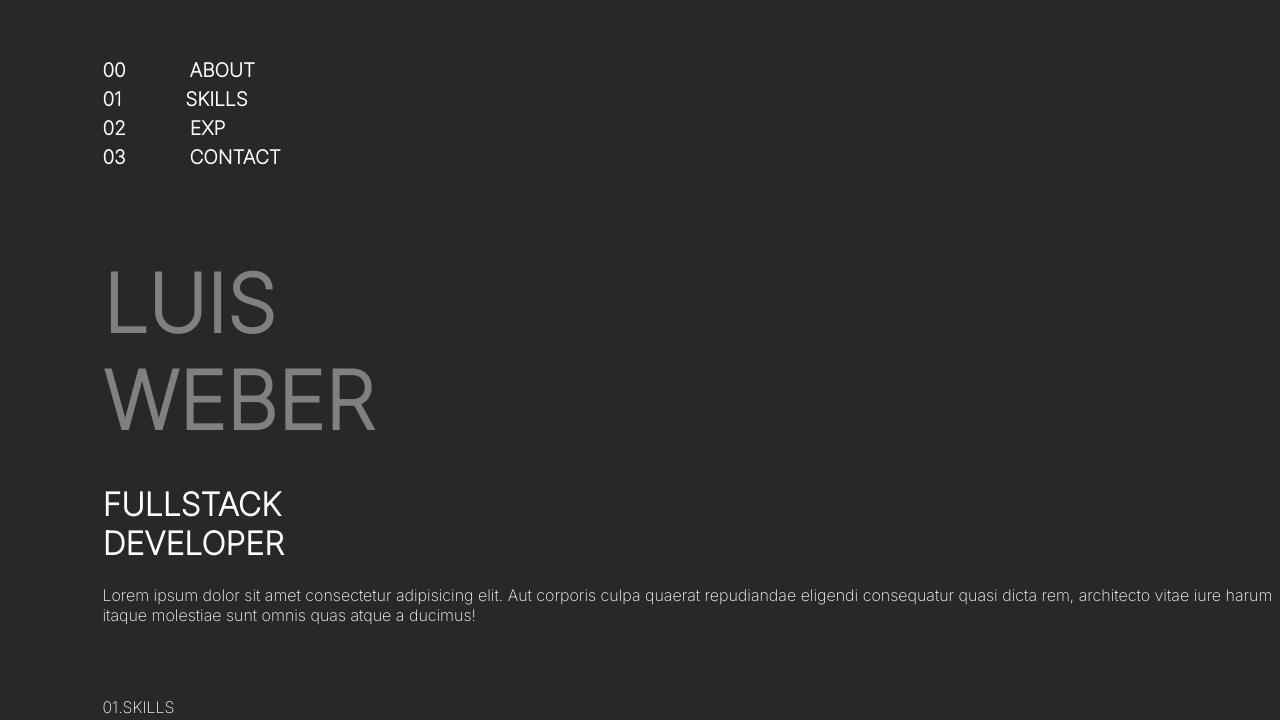
Repository: luiswh1/Portfolio
Page: /
These files come from the project's save history. The page is drawn as it stood at one moment and after the next save; the edit follows.
The browser window is 1280 px wide. The pictures show the whole page.
The project was rebuilt for these pictures with package versions that can differ from the ones it lists, and the page was loaded fresh each time.

Above is the page before, as saved 2023-05-28 15:01:57.

### public/index.html
<!DOCTYPE html>
<html lang="en">
  <head>
    <meta charset="utf-8" />
    <link rel="icon" href="%PUBLIC_URL%/favicon.ico" />
    <meta name="viewport" content="width=device-width, initial-scale=1" />
    <meta name="theme-color" content="#000000" />
    <meta
      name="description"
      content="Web site created using create-react-app"
    />
    <link rel="apple-touch-icon" href="%PUBLIC_URL%/logo192.png" />
    <!--
      manifest.json provides metadata used when your web app is installed on a
      user's mobile device or desktop. See https://developers.google.com/web/fundamentals/web-app-manifest/
    -->
    <link rel="manifest" href="%PUBLIC_URL%/manifest.json" />
    <!--
      Notice the use of %PUBLIC_URL% in the tags above.
      It will be replaced with the URL of the `public` folder during the build.
      Only files inside the `public` folder can be referenced from the HTML.

      Unlike "/favicon.ico" or "favicon.ico", "%PUBLIC_URL%/favicon.ico" will
      work correctly both with client-side routing and a non-root public URL.
      Learn how to configure a non-root public URL by running `npm run build`.
    -->

    <link rel="preconnect" href="https://fonts.googleapis.com">
    <link rel="preconnect" href="https://fonts.gstatic.com" crossorigin>
    <link href="https://fonts.googleapis.com/css2?family=Inter:wght@200&family=Poppins:wght@200;300&display=swap" rel="stylesheet">
    <title>React App</title>
  </head>
  <body>
    <noscript>You need to enable JavaScript to run this app.</noscript>
    <div id="root"></div>
    <!--
      This HTML file is a template.
      If you open it directly in the browser, you will see an empty page.

      You can add webfonts, meta tags, or analytics to this file.
      The build step will place the bundled scripts into the <body> tag.

      To begin the development, run `npm start` or `yarn start`.
      To create a production bundle, use `npm run build` or `yarn build`.
    -->
  </body>
</html>

### src/index.tsx
import React from 'react';
import ReactDOM from 'react-dom/client';
import App from './App';
import GlobalStyle from './styles/globalStyles';

const root = ReactDOM.createRoot(
  document.getElementById('root') as HTMLElement
);
root.render(
  <React.StrictMode>
    <GlobalStyle />
    <App />
  </React.StrictMode>
);

### src/App.tsx
import React from 'react';
import Home from './Pages/Home';

function App() {
  return (
   <Home />
  );
}

export default App;

### src/styles/globalStyles.tsx
import { createGlobalStyle } from 'styled-components'


const GlobalStyle = createGlobalStyle`
* {
    margin: 0;
    font-family: Inter;
  }

  html, body {
    height: 100%;
    background-color: #28282B;
    color: white;
  }

`

export default GlobalStyle

### src/Pages/Home.tsx
import React from "react";
import {
  Container,
  NameSection,
  StyledName,
  InnerContainer,
  Profession,
  About,
  LabelTitle,
} from "./HomeStyles";
import IndexList from "../Components/IndexList/IndexList";

const Home = () => {
  return (
    <Container>
      <InnerContainer>
        <IndexList />

        <NameSection>
          <StyledName>
            LUIS <br />
            WEBER
          </StyledName>
        </NameSection>

        <Profession>
          FULLSTACK <br />
          DEVELOPER
        </Profession>

        <About>
          Lorem ipsum dolor sit amet consectetur adipisicing elit. Aut corporis
          culpa quaerat repudiandae eligendi consequatur quasi dicta rem,
          architecto vitae iure harum itaque molestiae sunt omnis quas atque a
          ducimus!
        </About>

      <LabelTitle>
        <span>01.</span>
        <span>SKILLS</span>
      </LabelTitle>

      </InnerContainer>
    </Container>
  );
};

export default Home;

### src/Pages/HomeStyles.tsx
import { styled } from "styled-components";

export const Container = styled.div`
  width: 100%;
  height: 100%;
  overflow: hidden;
`;

export const InnerContainer = styled.div`
  margin-left: 8vw;
`;

export const NameSection = styled.div`
  width: 100%;
  height: 100%;
  margin-top: 12vh;
`;

export const StyledName = styled.h1`
  font-size: 5em;
  color: gray;
`;

export const Profession = styled.h1`
margin-top: 5vh;
`

export const About = styled.p`
margin-top: 3vh;
`
export const LabelTitle = styled.div`
margin-top: 10vh;
`

export const NumberIndex = styled.span`
font-size: 4em;
color: gray;
`

### src/Components/IndexList/IndexList.tsx
import React from "react";
import { Sections, SectionItem } from "./IndexListStyles";

const IndexList = () => {
  return (
    <>
      <Sections>
        <SectionItem>
          <span>00</span>
          <span>ABOUT</span>
        </SectionItem>
        <SectionItem>
          <span>01</span>
          <span>SKILLS</span>
        </SectionItem>
        <SectionItem>
          <span>02</span>
          <span>EXP</span>
        </SectionItem>
        <SectionItem>
          <span>03</span>
          <span>CONTACT</span>
        </SectionItem>
      </Sections>
    </>
  );
};

export default IndexList;

### src/Components/IndexList/IndexListStyles.tsx
import { styled } from "styled-components";

export const Sections = styled.div`
margin-top: 8vh;
`

export const SectionItem = styled.span`
color: white;
font-size: 1.2rem;
font-weight: bold;
display: block;
span:first-child {
    margin-right: 5vw;
  }
  margin-top: 5px;
`

After the next save:
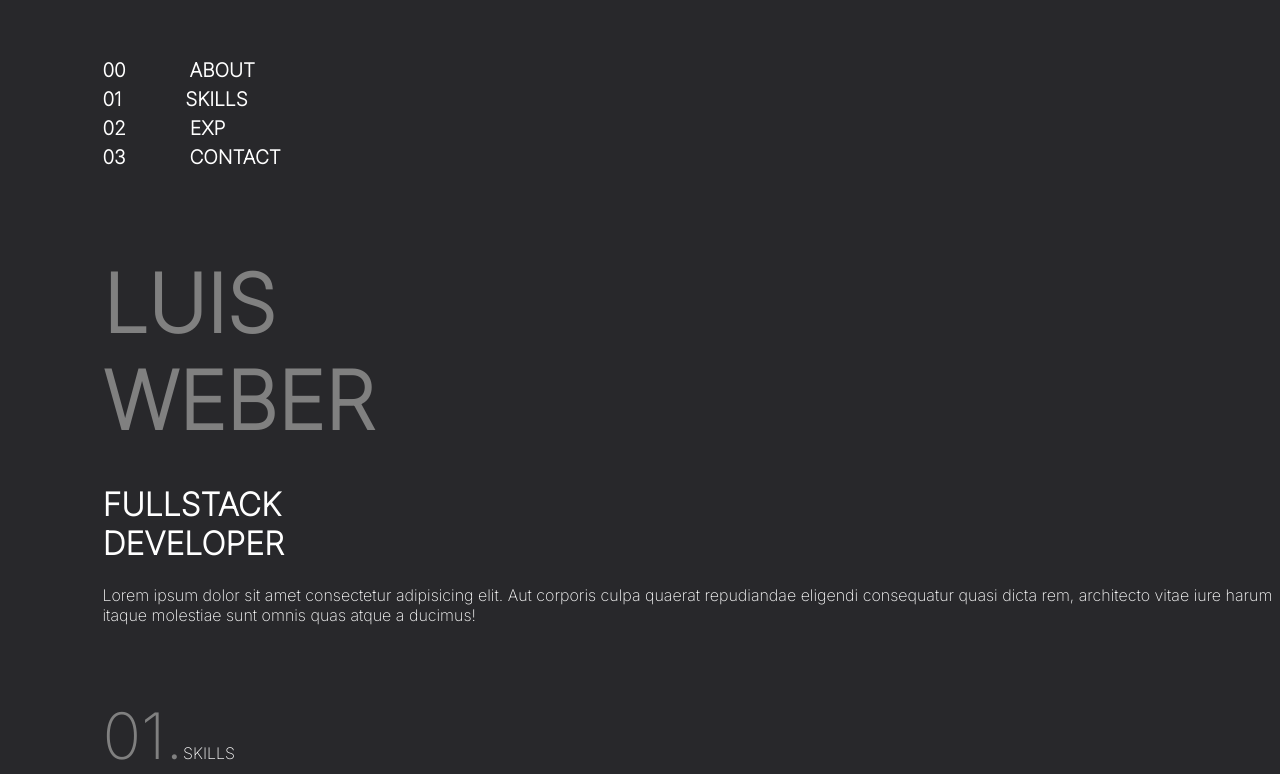
Saved 39 s later.
--- a/src/Pages/Home.tsx
+++ b/src/Pages/Home.tsx
@@ -7,6 +7,7 @@ import {
   Profession,
   About,
   LabelTitle,
+  NumberIndex,
 } from "./HomeStyles";
 import IndexList from "../Components/IndexList/IndexList";
 
@@ -36,7 +37,7 @@ const Home = () => {
         </About>
 
       <LabelTitle>
-        <span>01.</span>
+        <NumberIndex>01.</NumberIndex>
         <span>SKILLS</span>
       </LabelTitle>
 
